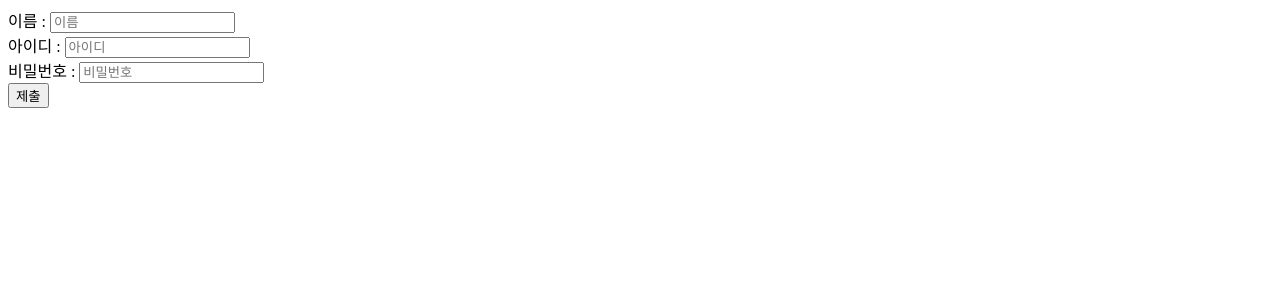
Repository: limbbbyoung/JSP_practice
Page: http://localhost/JSPbasic/jspobject/request/req_user_form.jsp
These files come from the project's save history. The page is drawn as it stood at one moment and after the next save; the edit follows.
The browser window is 1280 px wide. The pictures show the whole page.
The page is served by Tomcat 9.

Above is the page before, as saved 2022-03-25 10:29:43.

After the next save:
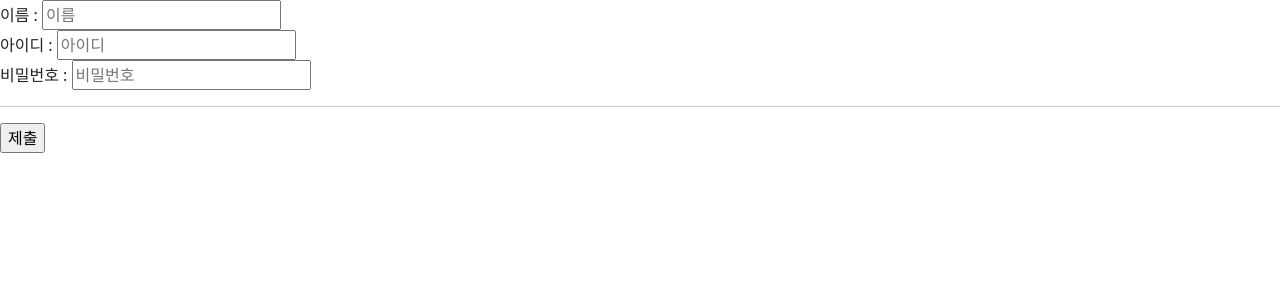
Saved 5 min 34 s later.
--- a/JSPbasic/src/main/webapp/jspobject/request/req_user_form.jsp
+++ b/JSPbasic/src/main/webapp/jspobject/request/req_user_form.jsp
@@ -3,6 +3,7 @@
 <!DOCTYPE html>
 <html>
 <head>
+<link href="https://cdn.jsdelivr.net/npm/bootstrap@5.1.3/dist/css/bootstrap.min.css" rel="stylesheet" integrity="sha384-1BmE4kWBq78iYhFldvKuhfTAU6auU8tT94WrHftjDbrCEXSU1oBoqyl2QvZ6jIW3" crossorigin="anonymous">
 <meta charset="UTF-8">
 <title>Insert title here</title>
 </head>
@@ -17,6 +18,11 @@
      이름 : <input type="text" name="uname" placeholder="이름"><br/>
      아이디 : <input type="text" name="uid" placeholder="아이디"><br/>
      비밀번호 : <input type="password" name="upw" placeholder="비밀번호"><br/>
+     <hr>
+
+
+
+
      <input type="submit" value="제출">
      </form>
 </body>
